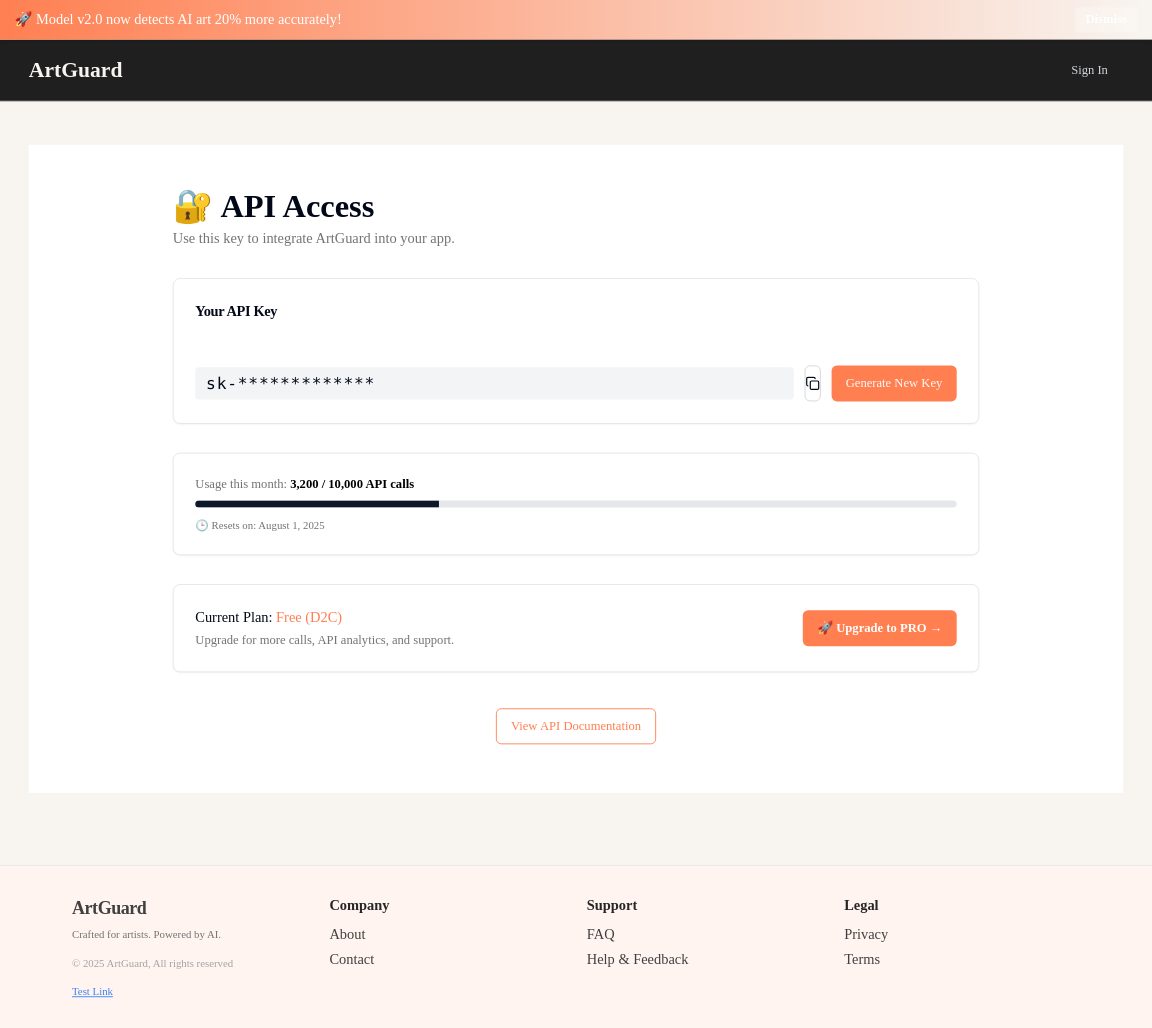
Repository: Arunkumar158/artguard
Page: /api-access
The author's editor kept a copy of each file at every save. The page is drawn from the files as they stood at one save, then again after the next save.
The browser window is 1280 px wide. The pictures show the whole page, at 90% of full size.
The project was rebuilt for these pictures with package versions that can differ from the ones it lists, and the page was loaded fresh each time. Also part of the build but not shown: vite.config.ts, src/components/ui/label.tsx, src/components/ui/form.tsx, src/components/ui/input.tsx, src/components/ui/tabs.tsx, src/components/ui/alert-dialog.tsx, src/components/auth/AuthForm.tsx, src/pages/Auth.tsx and 21 more.

Above is the page before, as saved 2025-07-14 09:42:36.

After the next save:
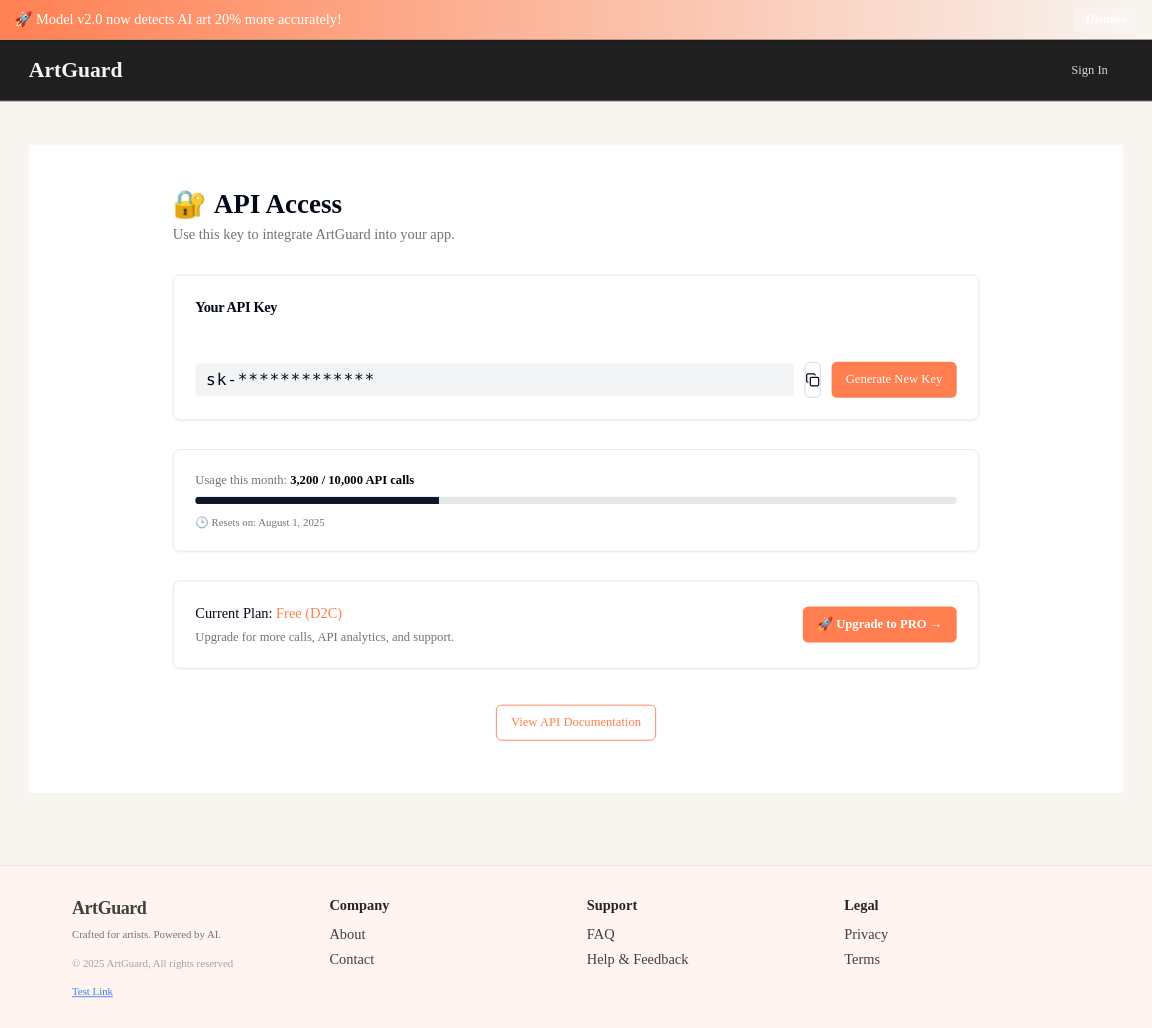
Saved 5 s later.
--- a/src/pages/ApiAccess.tsx
+++ b/src/pages/ApiAccess.tsx
@@ -43,9 +43,9 @@
       <div className="w-full max-w-4xl space-y-6 sm:space-y-8">
         {/* Page Title */}
         <div className="mb-4 sm:mb-6">
-          <h1 className="text-2xl sm:text-3xl lg:text-4xl font-bold flex items-center gap-2">
-            <span role="img" aria-label="API Access">🔐</span> API Access
-          </h1>
+                  <h1 className="text-xl sm:text-2xl md:text-3xl font-bold text-foreground flex items-center gap-2">
+          <span role="img" aria-label="API Access">🔐</span> API Access
+        </h1>
           <p className="text-sm sm:text-base text-muted-foreground mt-1">Use this key to integrate ArtGuard into your app.</p>
         </div>
 
